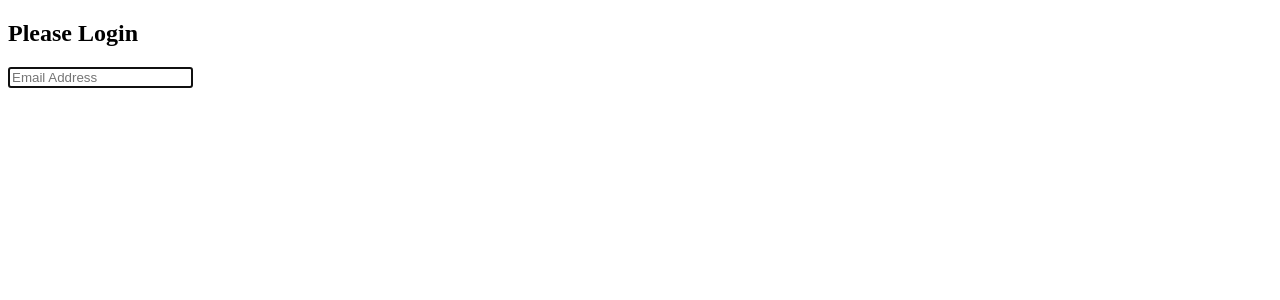
Repository: manish1905/MetaData_Details
Page: http://localhost/MetaData_Details/login.jsp
These files come from the project's save history. The page is drawn as it stood at one moment and after the next save; the edit follows.
The browser window is 1280 px wide. The pictures show the whole page.
The page is served by Tomcat 9. Other server files are loaded and not shown.

Above is the page before, as saved 2019-01-03 06:13:27.

### MetaData_Details/web/login.jsp
<%@ page language="java" contentType="text/html; charset=ISO-8859-1"
    pageEncoding="ISO-8859-1"%>
    <%@ taglib prefix="form" uri="http://www.springframework.org/tags/form"%>
<!DOCTYPE html>
<html>
<head>
<meta charset="ISO-8859-1">
<title>Welcome</title>
</head>

<body>
	<div>
	<h2>Please Login</h2>
	<input type="text" class="form-control" name="username" placeholder="Email Address" required="" autofocus="" />


	</div>
</body>
</html>

After the next save:
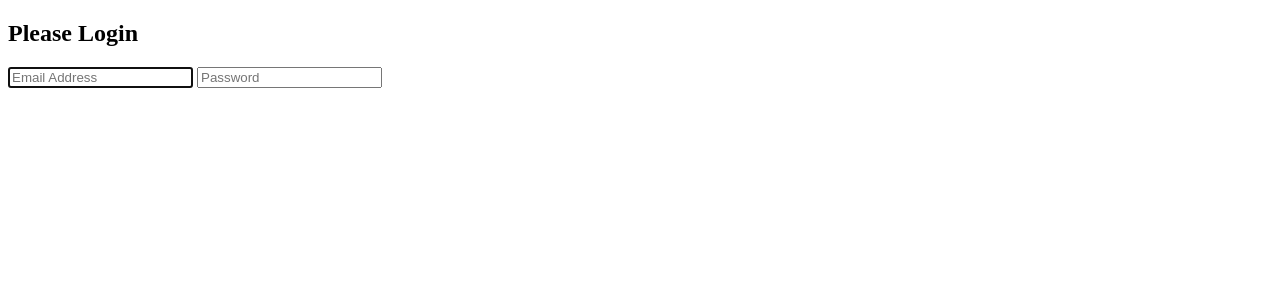
Saved 16 s later.
--- a/MetaData_Details/web/login.jsp
+++ b/MetaData_Details/web/login.jsp
@@ -12,6 +12,7 @@
 	<div>
 	<h2>Please Login</h2>
 	<input type="text" class="form-control" name="username" placeholder="Email Address" required="" autofocus="" />
+	<input type="password" class="form-control" name="password" placeholder="Password" required=""/>
 
 
 	</div>
